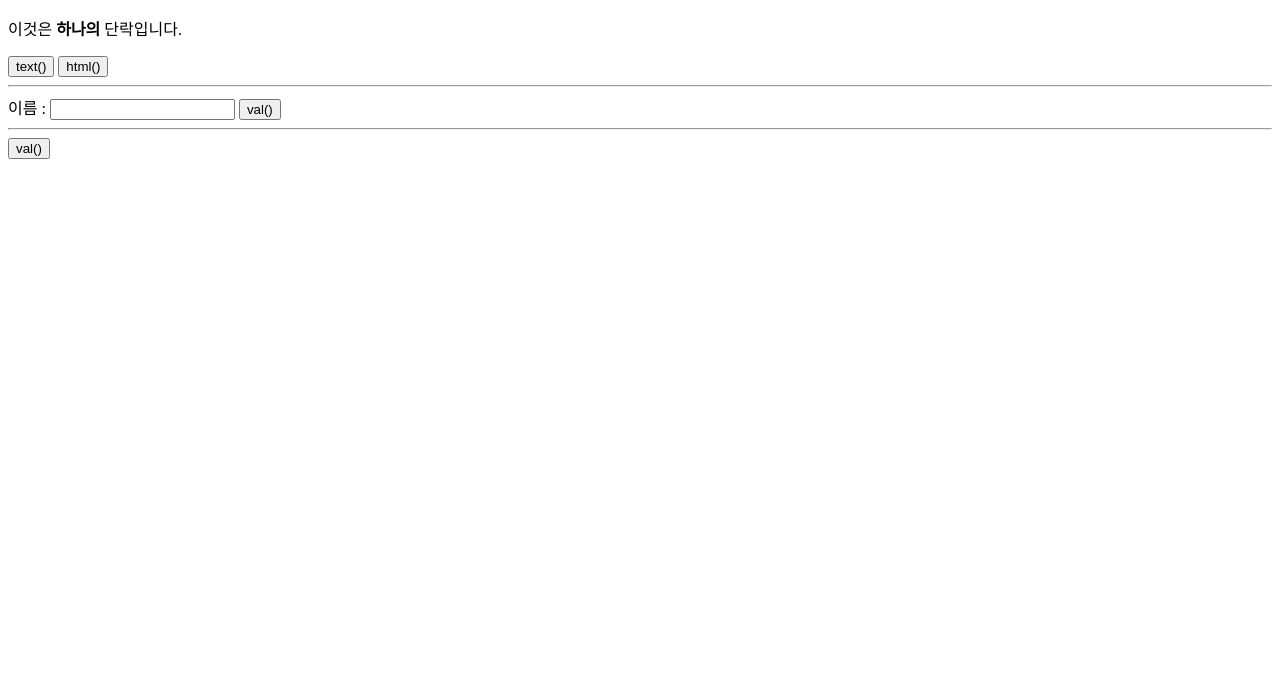
Repository: gpqls12321/public
Page: javascript_jquery/WebContent/jQuery_ex03.html
These files come from the project's save history. The page is drawn as it stood at one moment and after the next save; the edit follows.
The browser window is 1280 px wide. The pictures show the whole page.

Above is the page before, as saved 2021-04-15 05:03:52.

### javascript_jquery/WebContent/jQuery_ex03.html
<!DOCTYPE html>
<html>
<head>
<meta charset="UTF-8">
<title>Insert title here</title>
<script type="text/javascript" src="js/jQuery3.x/jquery-3.6.0.js"></script>
<script type="text/javascript">
	$(document).ready(function() {

		$("#text").click(function() {
			alert($("#target").text());
		});

		$("#html").click(function() {
			alert($("#target").html());
		});

		$("#val").click(function() {
			alert($("#irum").val());
			console.log($("#irum").val());
		});
	});
</script>
</head>
<body>
	<p id="target">이것은 <strong>하나의</strong> 단락입니다.</p>
	<button id="text">text()</button>
	<button id="html">html()</button>
	<hr>
	이름 : <input type="text" id="irum">
	<button id="val">val()</button>
	<hr>
	<img id="lee" alt="이세진" src="images/이세진.jpg" style="display: none;" width="325px;" height="490px;">
	<button id="val">val()</button>
</body>
</html>

Loaded but not shown: javascript_jquery/WebContent/js/jQuery3.x/jquery-3.6.0.js (library)

After the next save:
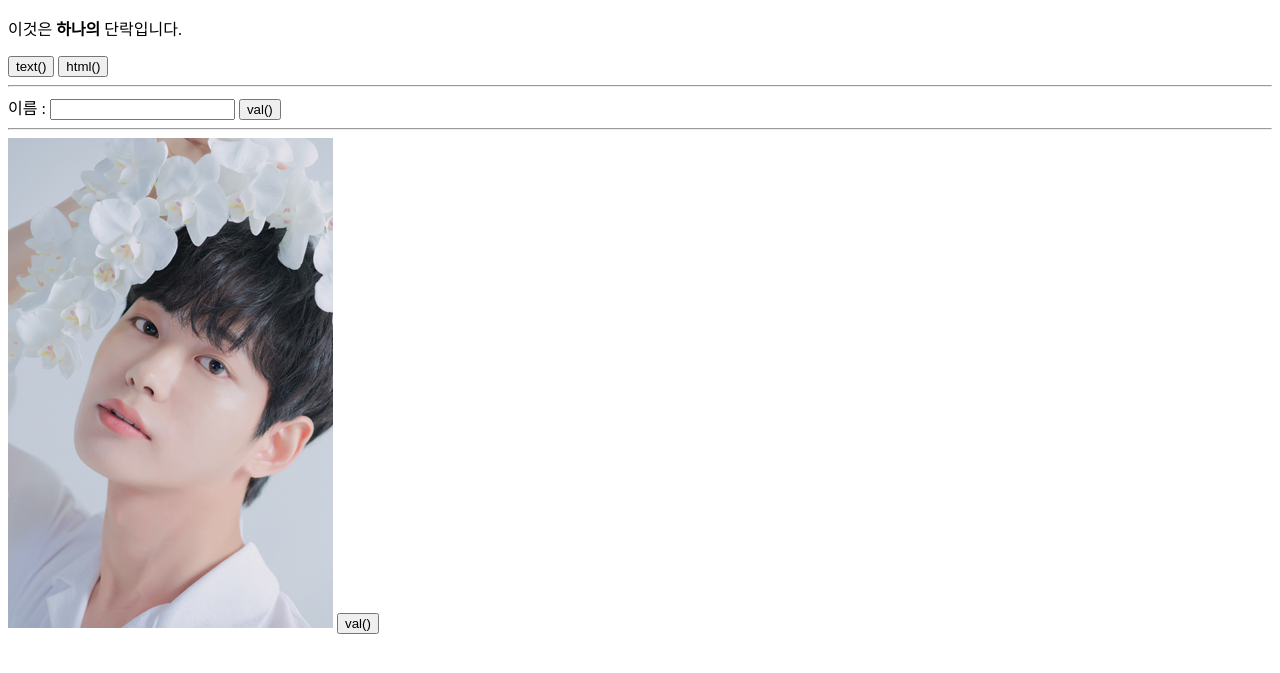
Saved 9 s later.
--- a/javascript_jquery/WebContent/jQuery_ex03.html
+++ b/javascript_jquery/WebContent/jQuery_ex03.html
@@ -30,7 +30,7 @@
 	이름 : <input type="text" id="irum">
 	<button id="val">val()</button>
 	<hr>
-	<img id="lee" alt="이세진" src="images/이세진.jpg" style="display: none;" width="325px;" height="490px;">
+	<img id="lee" alt="이세진" src="images/이세진.jpg" width="325px;" height="490px;">
 	<button id="val">val()</button>
 </body>
 </html>
